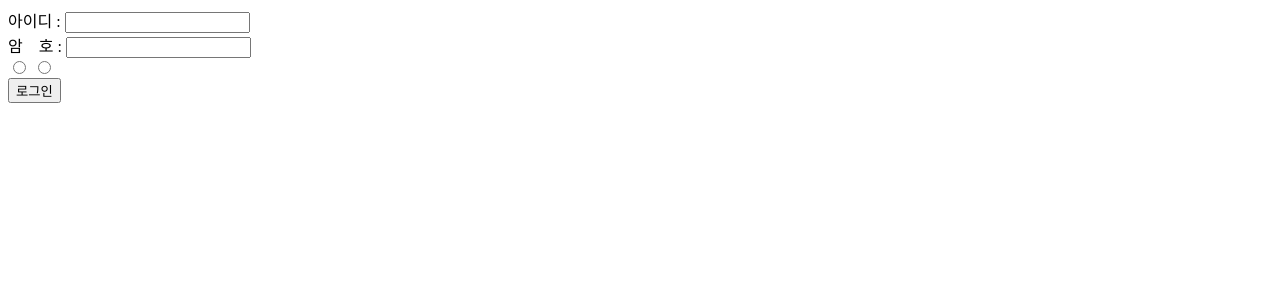
Repository: o3orr/jsp_study
Page: http://localhost/web-study-07/loginForm.jsp
An editor plug-in stored every save of this project. The page is shown before and after the next save, followed by the edit.
The browser window is 1280 px wide. The pictures show the whole page.
The page is served by Tomcat 9.

Above is the page before, as saved 2024-03-06 01:24:49.

After the next save:
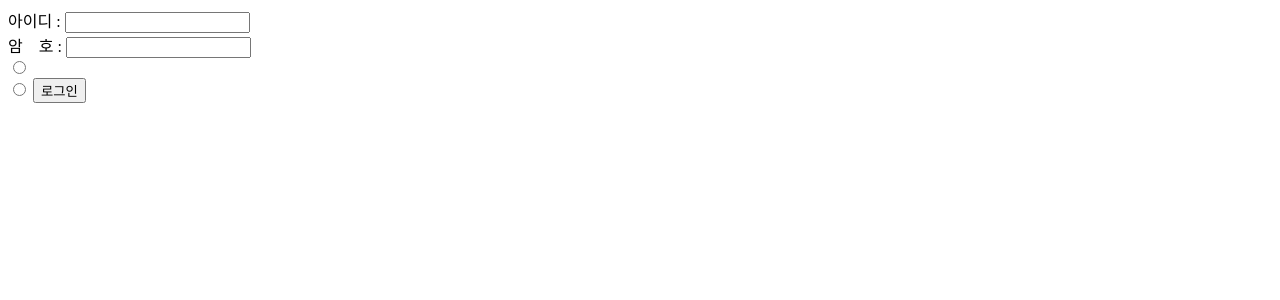
Saved 21 s later.
--- a/web-study-07/src/main/webapp/loginForm.jsp
+++ b/web-study-07/src/main/webapp/loginForm.jsp
@@ -14,8 +14,8 @@
 		<label for="id">암 &nbsp;&nbsp; 호 : </label>
 		<input type="password" name="pwd" id="pwd"><br>
 
+		<input type="radio" name="user" id="user" value="사용자"><br>
 		<input type="radio" name="admin" id="admin" value="관리자">
-		<input type="radio" name="user" id="user" value="사용자"><br>
 
 		<input type="submit" value="로그인">
 	</form>

After the save that followed:
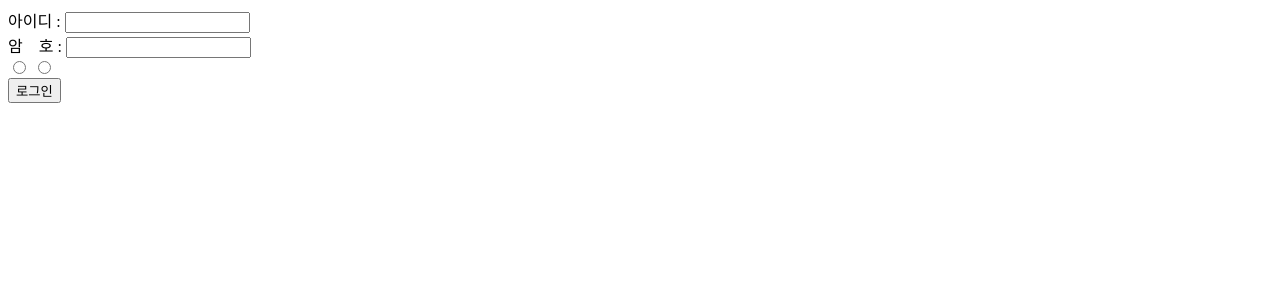
Saved 8 s later.
--- a/web-study-07/src/main/webapp/loginForm.jsp
+++ b/web-study-07/src/main/webapp/loginForm.jsp
@@ -14,8 +14,8 @@
 		<label for="id">암 &nbsp;&nbsp; 호 : </label>
 		<input type="password" name="pwd" id="pwd"><br>
 
-		<input type="radio" name="user" id="user" value="사용자"><br>
-		<input type="radio" name="admin" id="admin" value="관리자">
+		<input type="radio" name="user" id="user" value="사용자">
+		<input type="radio" name="admin" id="admin" value="관리자"><br>
 
 		<input type="submit" value="로그인">
 	</form>
